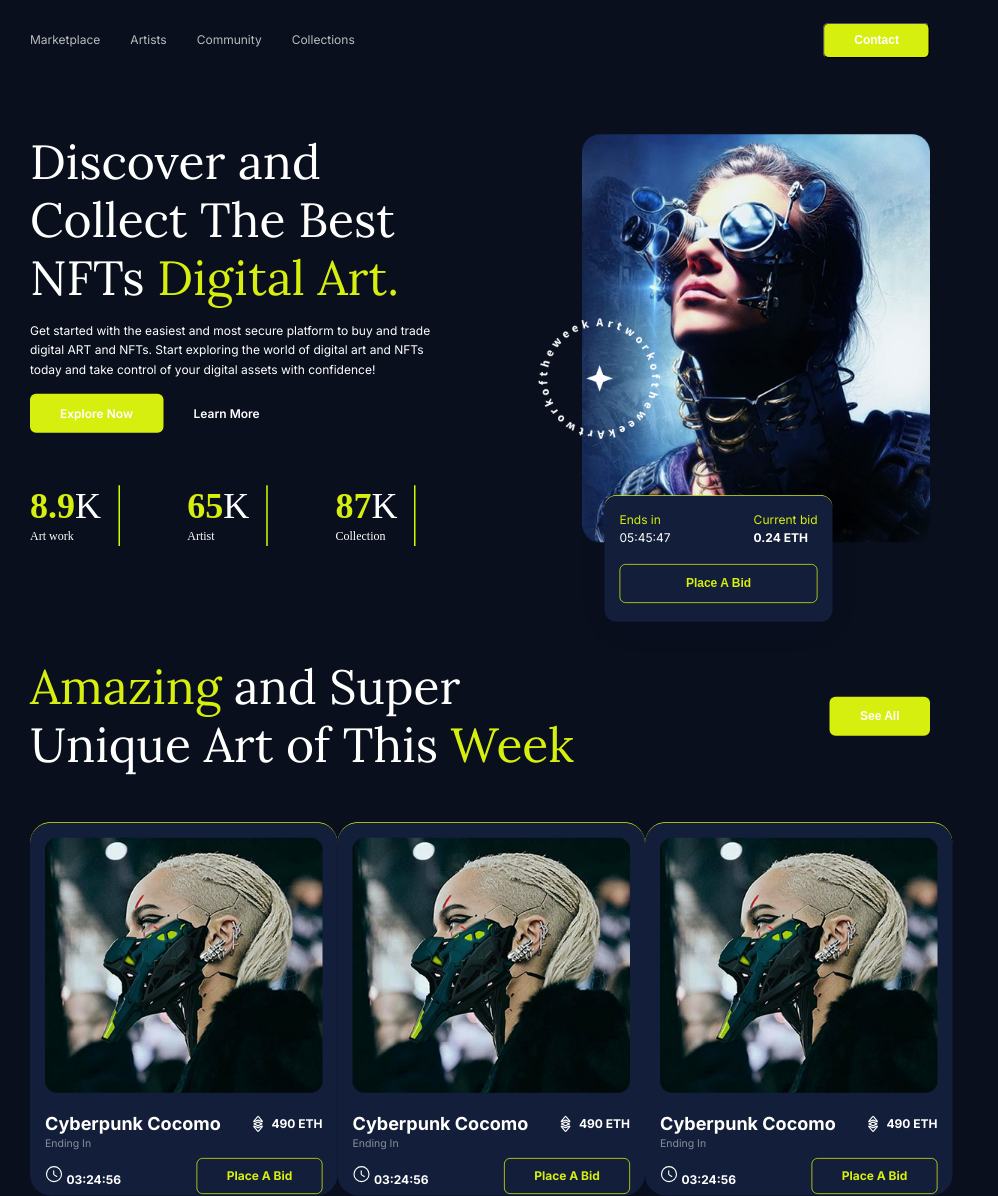
Repository: Kamron5505/NftMarketplace
Page: index.html
The author's editor kept a copy of each file at every save. The page is drawn from the files as they stood at one save, then again after the next save.
The browser window is 1280 px wide. The page is 1280 px wide, then 1330 px, so the pictures cover 1330 px, including what lies to the right of the window. The pictures show the whole page, at 75% of full size.

Above is the page before, as saved 2025-07-09 14:44:26.

After the next save:
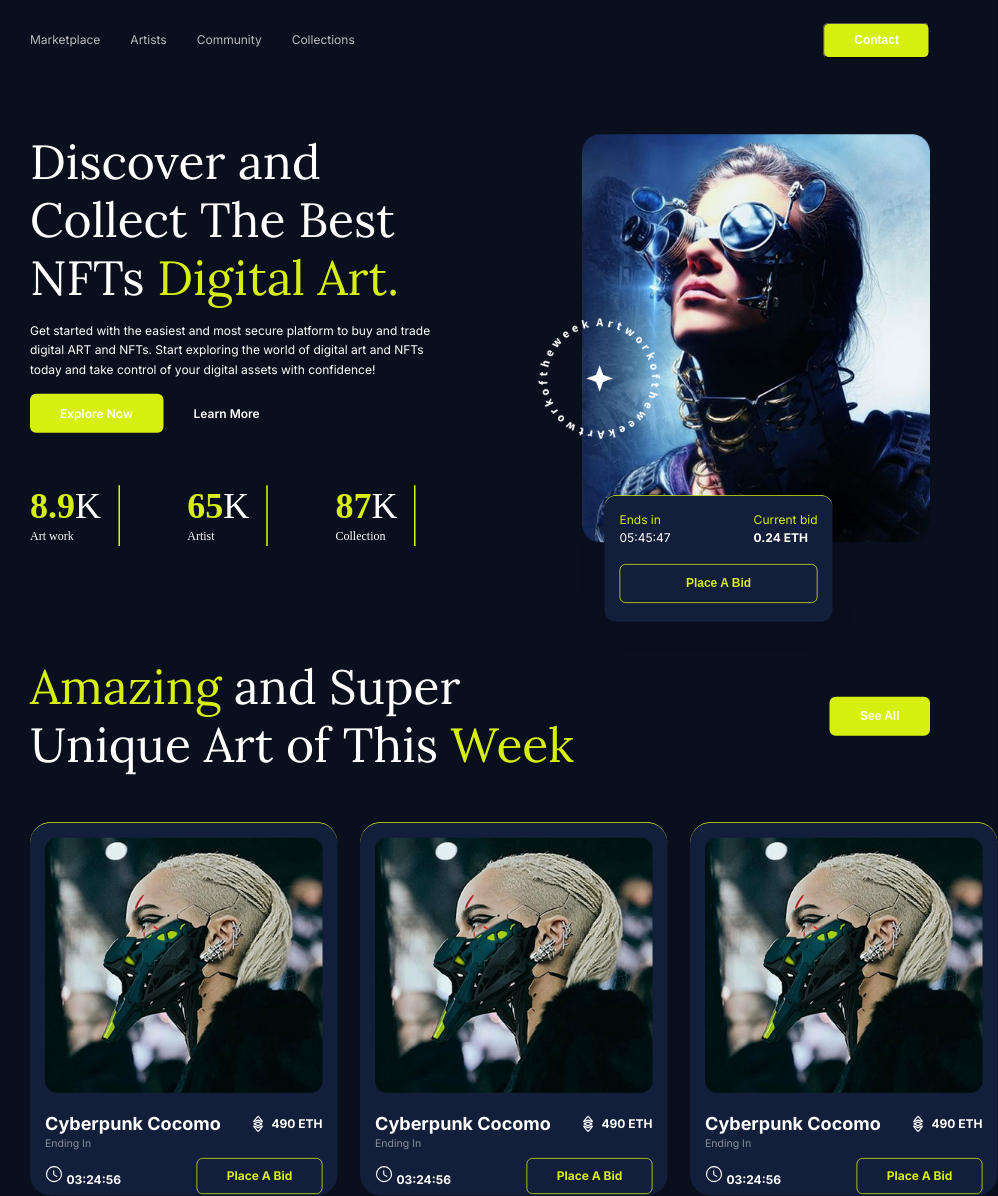
Saved 7 s later.
--- a/style.css
+++ b/style.css
@@ -291,7 +291,7 @@ h6 {
     margin-top: 65px;
     display: flex;
     align-items: center;
-    gap: ;
+    gap: 30px;
 }
 
 .art-card-price-wrapper {
